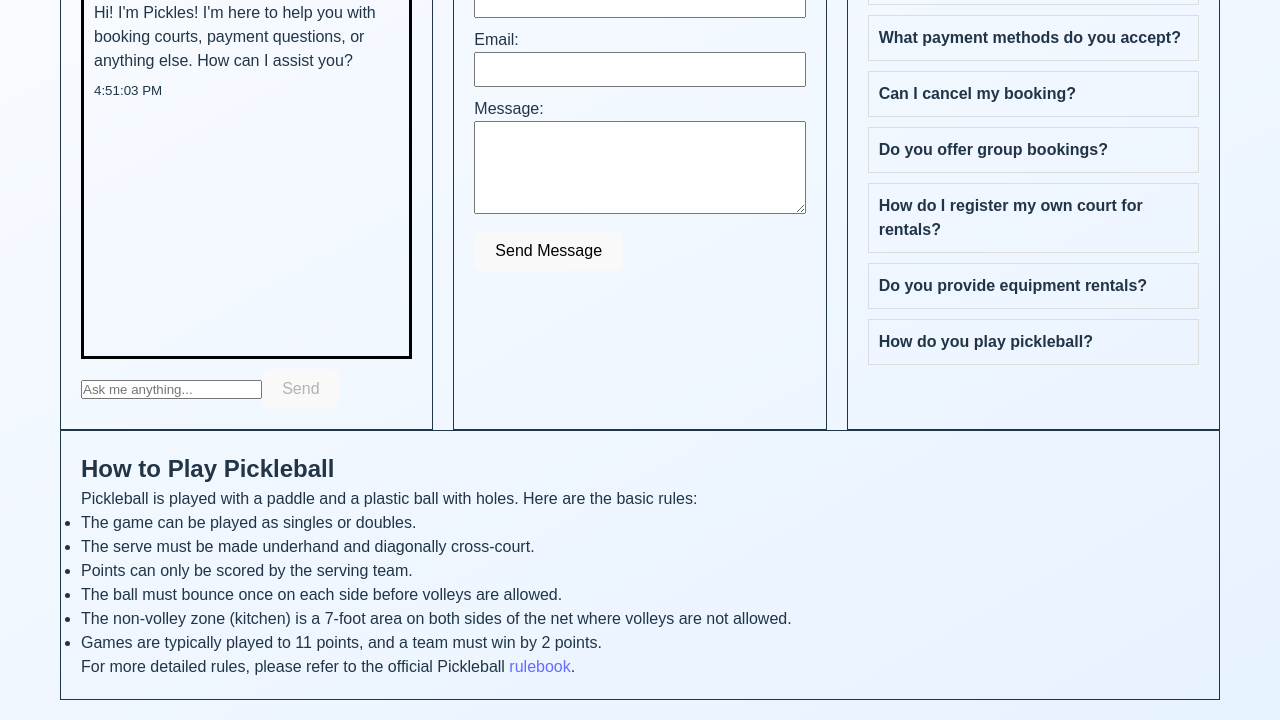
Repository: beyondparthiv/webdev-finalproject-bookmycourt
Page: /help (app in client/)
These files come from the project's save history. The page is drawn as it stood at one moment and after the next save; the edit follows.
The browser window is 1280 px wide. The pictures show the whole page.
The page's requests for data from a server got no answer. An inner scrolling area shows only its first screen. The project was rebuilt for these pictures with package versions that can differ from the ones it lists, and the page was loaded fresh each time. No one was signed in, and anything a server would have sent is missing. Also part of the build but not shown: client/vite.config.ts, client/src/pages/Home.tsx, client/src/pages/Booking.css, client/src/pages/Booking.tsx, client/src/pages/Account.tsx, client/src/pages/Login.tsx, client/src/pages/Map.tsx.

Above is the page before, as saved 2025-12-01 16:47:05.

### client/src/App.tsx
import { BrowserRouter as Router, Routes, Route } from "react-router-dom";
import Navbar from "./components/Navbar";
import Home from "./pages/Home";
import Booking from "./pages/Booking";
import Account from "./pages/Account";
import Login from "./pages/Login";
import Map from "./pages/Map";
import "./index.css";
import { Contact } from "./pages/Chatbot+Contact/Contact";

function App() {
  return (
    <Router>
      <Navbar />
      <Routes>
        <Route path="/" element={<Home />} />
        <Route path="/booking" element={<Booking />} />
        <Route path="/account" element={<Account />} />
        <Route path="/help" element={<Contact />} />
        <Route path="/login" element={<Login />} />
        <Route path="/map" element={<Map />} />
      </Routes>
    </Router>
  );
}
export default App;

### client/src/components/Navbar.tsx
import React from "react";
import { Link, useLocation } from "react-router-dom";
import "./Navbar.css";

const Navbar: React.FC = () => {
  const location = useLocation();
  return (
    <nav className="navbar">
      <div className="logo">BookMyCourt</div>
      <ul>
        <li className={location.pathname === "/" ? "active" : ""}><Link to="/">Home</Link></li>
        <li className={location.pathname === "/map" ? "active" : ""}><Link to="/map">Map</Link></li>
        <li className={location.pathname === "/chatbot" ? "active" : ""}><Link to="/chatbot">Chatbot</Link></li>
        <li className={location.pathname === "/account" ? "active" : ""}><Link to="/account">Account</Link></li>
        <li className={location.pathname === "/help" ? "active" : ""}><Link to="/help">Help</Link></li>
        <li className={location.pathname === "/booking" ? "active" : ""}><Link to="/booking">Booking</Link></li>
        <li className={location.pathname === "/login" ? "active" : ""}><Link to="/login">Login</Link></li>
      </ul>
    </nav>
  );
};
export default Navbar;

### client/src/pages/Chatbot+Contact/Contact.tsx
import React, { useEffect, useState } from 'react';
import { Chatbot } from './Chatbot';
import { ContactForm } from './ContactForm';
import { FAQ } from './FAQ';
import { Rules } from './Rules';

// Import at the top of the file
class GeminiService {
  private baseURL = 'https://generativelanguage.googleapis.com/v1beta/models';
  private apiKey: string;

  constructor(apiKey: string) {
    this.apiKey = apiKey;
  }

  async getChatResponse(userMessage: string, conversationHistory: any[]): Promise<string> {
    const url = `${this.baseURL}/gemini-2.0-flash-lite:generateContent?key=${this.apiKey}`;

    const recentHistory = conversationHistory
      .slice(-5)
      .map(msg => `${msg.role}: ${msg.content}`)
      .join('\n');

    const prompt = `You are a helpful chatbot for a pickleball court booking website.

IMPORTANT PAGES AND INFO:
- Homepage: Click "Book My Court" button to book courts
- Payment: We accept Visa, Mastercard, Apple Pay, and PayPal
- Rules Page: Has pickleball rules and guidelines
- About Page: Information about our facility
- Contact Page: Contact information and location

When users ask about:
- Booking → Tell them to go to the homepage and click "Book My Court"
- Payment → List the payment methods we accept (Visa, Mastercard, Apple Pay, PayPal)
- Rules → Tell them to visit the Rules page
- Hours/Location → Tell them to check the Contact page
- General info → Tell them to check the About page

Be conversational, friendly, and helpful. Keep responses concise (2-3 sentences max).

${recentHistory ? `Previous conversation:\n${recentHistory}\n` : ''}

User: ${userMessage}

Response (be helpful and concise):`;

    const requestBody = {
      contents: [{
        parts: [{ text: prompt }]
      }]
    };

    try {
      const response = await fetch(url, {
        method: 'POST',
        headers: {
          'Content-Type': 'application/json',
        },
        body: JSON.stringify(requestBody)
      });

      if (!response.ok) {
        throw new Error(`API error: ${response.status}`);
      }

      const data = await response.json();
      const aiResponse = data.candidates?.[0]?.content?.parts?.[0]?.text;

      if (!aiResponse) {
        throw new Error('No response from AI');
      }

      return aiResponse;
    } catch (error) {
      console.error('Gemini API Error:', error);
      throw error;
    }
  }
}

export const Contact: React.FC = () => {
  const [geminiService, setGeminiService] = useState<GeminiService | null>(null);

  useEffect(() => {
    // Initialize Gemini service with API key from .env to access AI Bot
    const apiKey = import.meta.env.VITE_GEMINI_API_KEY || '';
    console.log('API Key loaded:', apiKey ? 'Yes' : 'No');

    setGeminiService(new GeminiService(apiKey));
  }, []);

  if (!geminiService) {
    return <div>Loading...</div>;
  }

  return (
    <div style={{ padding: '20px', maxWidth: '1200px', margin: '0 auto' }}>
      <h1>Help</h1>

      <div style={{ display: 'grid', gridTemplateColumns: '1fr 1fr 1fr', gap: '20px', marginTop: '30px' }}>

       {/*Chatbot*/}
        <div style={{ border: '1px solid', padding: '20px' }}>
          <Chatbot geminiService={geminiService} />
        </div>

        {/* Contact Form */}
        <div style={{ border: '1px solid', padding: '20px' }}>
          <ContactForm />
        </div>

        {/* FAQ */}
        <div style={{ border: '1px solid', padding: '20px' }}>
          <FAQ />
        </div>

      </div>
       {/* Rules of pickleball */}
        <div style={{ border: '1px solid', padding: '20px' }}>
          <Rules />
        </div>
    </div>
  );
};

### client/src/components/Navbar.css
.navbar {
  display: flex;
  justify-content: space-between;
  align-items: center;
  background-color: #1a1a2e;
  color: #fff;
  padding: 1rem 2rem;
}
.navbar .logo {
  font-weight: 700;
  color: #00bfff;
  font-size: 1.5rem;
}
.navbar ul {
  display: flex;
  list-style: none;
  gap: 1.5rem;
}
.navbar a {
  text-decoration: none;
  color: #fff;
  font-weight: 500;
}
.navbar .active a,
.navbar a:hover {
  color: #00bfff;
  border-bottom: 2px solid #00bfff;
  padding-bottom: 2px;
}

### client/src/pages/Home.css
/* Reset defaults */
* {
  margin: 0;
  padding: 0;
  box-sizing: border-box;
}

/* Body fills entire screen */
body,
html,
#root {
  width: 100%;
  height: 100%;
  font-family: 'Poppins', sans-serif;
  background: linear-gradient(to bottom right, #f8fbff, #e7f2ff);
  overflow-x: hidden;
}

/* Navbar styling */
nav {
  width: 100%;
  background-color: #111827;
  padding: 1rem 2rem;
  display: flex;
  justify-content: space-between;
  align-items: center;
  box-shadow: 0px 2px 10px rgba(0, 0, 0, 0.1);
}

/* Ensure main app container takes full width */
.app-container {
  width: 100%;
  min-height: calc(100vh - 80px);
  display: flex;
  flex-direction: column;
  align-items: center;
  justify-content: center;
  text-align: center;
}

/* Home page section */
.home-container {
  width: 100%;
  min-height: calc(100vh - 80px);
  display: flex;
  flex-direction: column;
  justify-content: center;
  align-items: center;
  background: linear-gradient(to bottom right, #eef5ff, #dbeafe);
  padding: 2rem;
  text-align: center;
}

/* Headings and text */
.home-container h1 {
  font-size: 3rem;
  font-weight: 700;
  color: #1e293b;
  margin-bottom: 1rem;
}

.home-container h1 span {
  color: #007bff;
}

.home-container p {
  font-size: 1.2rem;
  color: #475569;
  margin-bottom: 2rem;
}

/* Button */
.home-container button {
  background-color: #007bff;
  color: white;
  border: none;
  padding: 0.8rem 2rem;
  border-radius: 8px;
  font-size: 1rem;
  cursor: pointer;
  transition: all 0.3s ease;
}

.home-container button:hover {
  background-color: #0056b3;
  transform: translateY(-2px);
}

/* Responsive */
@media (max-width: 768px) {
  .home-container h1 {
    font-size: 2.2rem;
  }

  .home-container p {
    font-size: 1rem;
  }

  .home-container button {
    padding: 0.7rem 1.5rem;
  }
}

### client/src/pages/Chatbot+Contact/Chatbot.tsx
import React, { useState, useRef, useEffect } from 'react';

export interface ChatMessage {
  role: 'user' | 'assistant';
  content: string;
  timestamp: Date;
}
interface ChatbotProps {
  geminiService: any; //GeminiService from GeminiClient.ts
}

export const Chatbot: React.FC<ChatbotProps> = ({ geminiService }) => {
  const [messages, setMessages] = useState<ChatMessage[]>([
    {
      role: 'assistant',
      content: 'Hi! I\'m Pickles! I\'m here to help you with booking courts, payment questions, or anything else. How can I assist you?',
      timestamp: new Date()
    }
  ]);
  const [inputValue, setInputValue] = useState('');
  const [isLoading, setIsLoading] = useState(false);
  const messagesEndRef = useRef<HTMLDivElement>(null);

  // Auto-scroll to latest message
  const scrollToBottom = () => {
    messagesEndRef.current?.scrollIntoView({ behavior: 'smooth' });
  };

  useEffect(() => {
    scrollToBottom();
  }, [messages]);

  const handleSend = async () => {
    if (!inputValue.trim() || isLoading) return;

    // Add message from user
    const userMessage: ChatMessage = {
      role: 'user',
      content: inputValue,
      timestamp: new Date()
    };

    setMessages(prev => [...prev, userMessage]);
    setInputValue('');
    setIsLoading(true);

    try {
      // Call Gemini API
      const response = await geminiService.getChatResponse(inputValue, messages);

      // Add assistant response
      const assistantMessage: ChatMessage = {
        role: 'assistant',
        content: response,
        timestamp: new Date()
      };

      setMessages(prev => [...prev, assistantMessage]);
    } catch (error) {
      console.error('Error getting chat response:', error);
      const errorMessage: ChatMessage = {
        role: 'assistant',
        content: 'Sorry, I encountered an error. Please try again.',
        timestamp: new Date()
      };
      setMessages(prev => [...prev, errorMessage]);
    } finally {
      setIsLoading(false);
    }
  };

  const handleKeyPress = (e: React.KeyboardEvent) => {
    if (e.key === 'Enter' && !e.shiftKey) {
      e.preventDefault();
      handleSend();
    }
  };

  return (
    <div>
      <h2>Chat with Us</h2>

      <div style={{ border: '3px solid black', height: '400px', padding: '10px' }}>
        {messages.map((message, index) => (
          <div key={index} style={{ marginBottom: '10px', textAlign: message.role === 'user' ? 'right' : 'left' }}>
            <div>
              <strong>{message.role === 'user' ? 'You' : 'Pickles'}:</strong>
              <p style={{ margin: '5px 0' }}>{message.content}</p>
              <small>{message.timestamp.toLocaleTimeString()}</small>
            </div>
          </div>
        ))}
        {isLoading && (
          <div style={{ marginBottom: '10px', textAlign: 'left' }}>
            <em>Pickles is thinking...</em>
          </div>
        )}
        <div ref={messagesEndRef} />
      </div>

      <div style={{ marginTop: '10px' }}>
        <input
          type="text"
          value={inputValue}
          onChange={(e) => setInputValue(e.target.value)}
          placeholder="Ask me anything..."
          disabled={isLoading}
        />
        <button
          onClick={handleSend}
          disabled={isLoading || !inputValue.trim()} //trimming ending whitespaces
        >
          Send
        </button>
      </div>
    </div>
  );
};

### client/src/pages/Chatbot+Contact/ContactForm.tsx
import React, { useState } from 'react';

export const ContactForm: React.FC = () => {
  const [name, setName] = useState('');
  const [email, setEmail] = useState('');
  const [message, setMessage] = useState('');
  const [showAlert, setShowAlert] = useState(false);

  const handleSubmit = (e: React.FormEvent) => {
    e.preventDefault();

    // Show popup instead of actually sending email
    setShowAlert(true);

    // Clear form
    setName('');
    setEmail('');
    setMessage('');

  };

  return (
    <div>
      <h2>Send Us a Message</h2>

      {showAlert && (
        <div style={{
          background: '#00bae4ff',
          border: '1px solid #05017cff',
          padding: '15px',
          marginBottom: '20px',
          borderRadius: '5px'
        }}>
          <strong>Message sent!</strong> We will respond soon. In the meantime, check out our FAQs or ask Pickles for additional help!
        </div>
      )}

      <form onSubmit={handleSubmit}>
        <div style={{ marginBottom: '10px' }}>
          <label>Name:</label><br />
          <input
            type="text"
            value={name}
            onChange={(e) => setName(e.target.value)}
            required
            style={{ width: '100%', padding: '8px' }}
          />
        </div>

        <div style={{ marginBottom: '10px' }}>
          <label>Email:</label><br />
          <input
            type="email"
            value={email}
            onChange={(e) => setEmail(e.target.value)}
            required
            style={{ width: '100%', padding: '8px' }}
          />
        </div>

        <div style={{ marginBottom: '10px' }}>
          <label>Message:</label><br />
          <textarea
            value={message}
            onChange={(e) => setMessage(e.target.value)}
            required
            rows={5}
            style={{ width: '100%', padding: '8px' }}
          />
        </div>

        <button type="submit" style={{ padding: '10px 20px' }}>
          Send Message
        </button>
      </form>
    </div>
  );
};

### client/src/pages/Chatbot+Contact/FAQ.tsx
import React, { useState } from 'react';

interface FAQItem {
  question: string;
  answer: string;
}

export const FAQ: React.FC = () => {
  const [openIndex, setOpenIndex] = useState<number | null>(null);

  const faqs: FAQItem[] = [
    {
      question: "How do I book a court?",
      answer: "Go to the homepage and click the 'Book My Court' button. You'll be able to see available time slots and make a reservation."
    },
    {
      question: "What payment methods do you accept?",
      answer: "We accept Visa, Mastercard, Apple Pay, and PayPal. PLEASE NOTE: This is a demo site; no actual payments are processed."
    },
    {
      question: "Can I cancel my booking?",
      answer: "Yes! You can cancel up to 24 hours before your booking time for a full refund."
    },
    {
      question: "Do you offer group bookings?",
      answer: "Yes, please contact us for group rates and special event bookings."
    },
    {
      question: "How do I register my own court for rentals?",
      answer: "We offer a service for court owners to list their courts. Please reach out to us via the contact form for more information."
    },
    {
      question: "Do you provide equipment rentals?",
      answer: "No, you are required to bring your own pickleball equipment."
    },
    {
      question: "How do you play pickleball?",
      answer: "Pickleball is played with a paddle and a plastic ball with holes. You can find detailed rules on our Rules page."
    }
  ];

  const toggleFAQ = (index: number) => {
    setOpenIndex(openIndex === index ? null : index);
  };

  return (
    <div>
      <h2>Frequently Asked Questions</h2>

      {faqs.map((faq, index) => (
        <div key={index} style={{ marginBottom: '10px', border: '1px solid #ddd', padding: '10px' }}>
          <div
            onClick={() => toggleFAQ(index)}
            style={{ cursor: 'pointer', fontWeight: 'bold' }}
          >
            {faq.question}
          </div>

          {openIndex === index && (
            <div style={{ marginTop: '10px', paddingLeft: '10px' }}>
              {faq.answer}
            </div>
          )}
        </div>
      ))}
    </div>
  );
};

### client/src/pages/Chatbot+Contact/Rules.tsx
import React from 'react';
import { Link } from 'react-router-dom';
export const Rules: React.FC = () => {
  return (
    <div>
      <h2>How to Play Pickleball</h2>
        <p>Pickleball is played with a paddle and a plastic ball with holes. Here are the basic rules:</p>
        <ul>
          <li>The game can be played as singles or doubles.</li>
          <li>The serve must be made underhand and diagonally cross-court.</li>
          <li>Points can only be scored by the serving team.</li>
          <li>The ball must bounce once on each side before volleys are allowed.</li>
          <li>The non-volley zone (kitchen) is a 7-foot area on both sides of the net where volleys are not allowed.</li>
          <li>Games are typically played to 11 points, and a team must win by 2 points.</li>
        </ul>
        <p>For more detailed rules, please refer to the official Pickleball <Link to="https://usapickleball.org/rules/">rulebook</Link>.</p>
    </div>
  );
};

Loaded but not shown: client/index.html (common file); client/src/main.tsx (common file); client/src/index.css (common file)

After the next save:
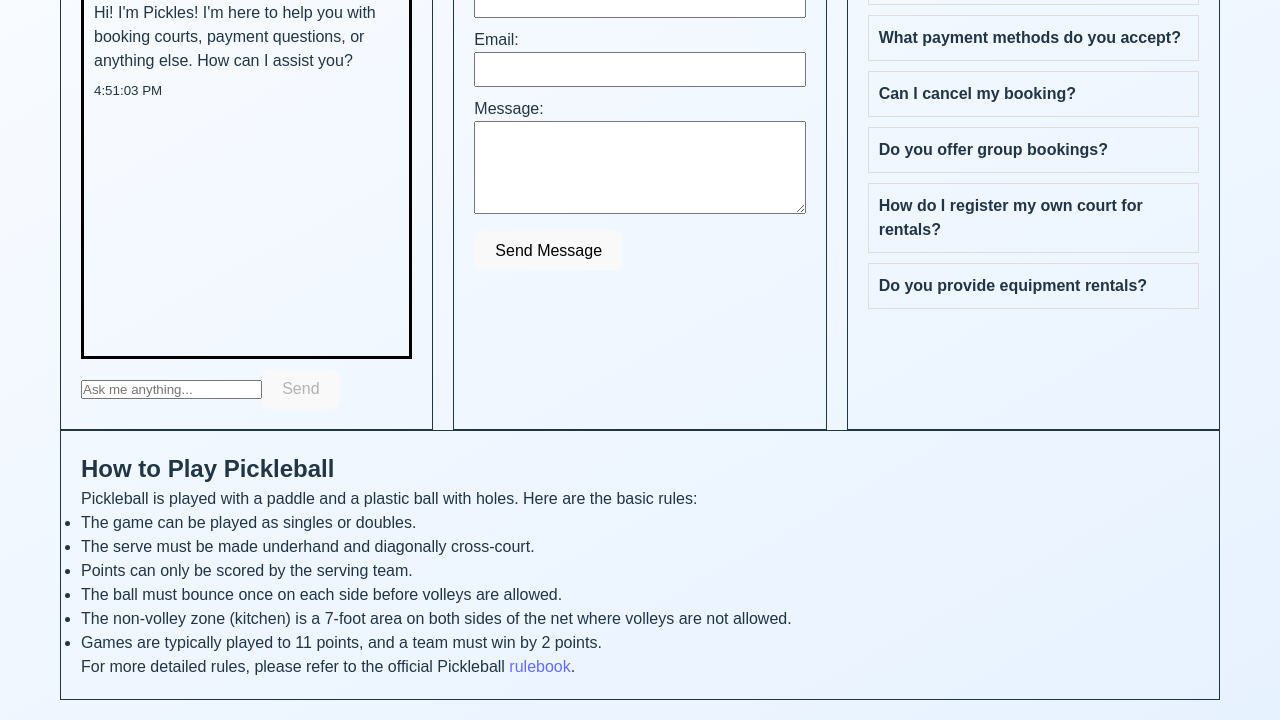
Saved 44 s later.
--- a/client/src/pages/Chatbot+Contact/FAQ.tsx
+++ b/client/src/pages/Chatbot+Contact/FAQ.tsx
@@ -33,10 +33,6 @@ export const FAQ: React.FC = () => {
       question: "Do you provide equipment rentals?",
       answer: "No, you are required to bring your own pickleball equipment."
     },
-    {
-      question: "How do you play pickleball?",
-      answer: "Pickleball is played with a paddle and a plastic ball with holes. You can find detailed rules on our Rules page."
-    }
   ];
 
   const toggleFAQ = (index: number) => {
